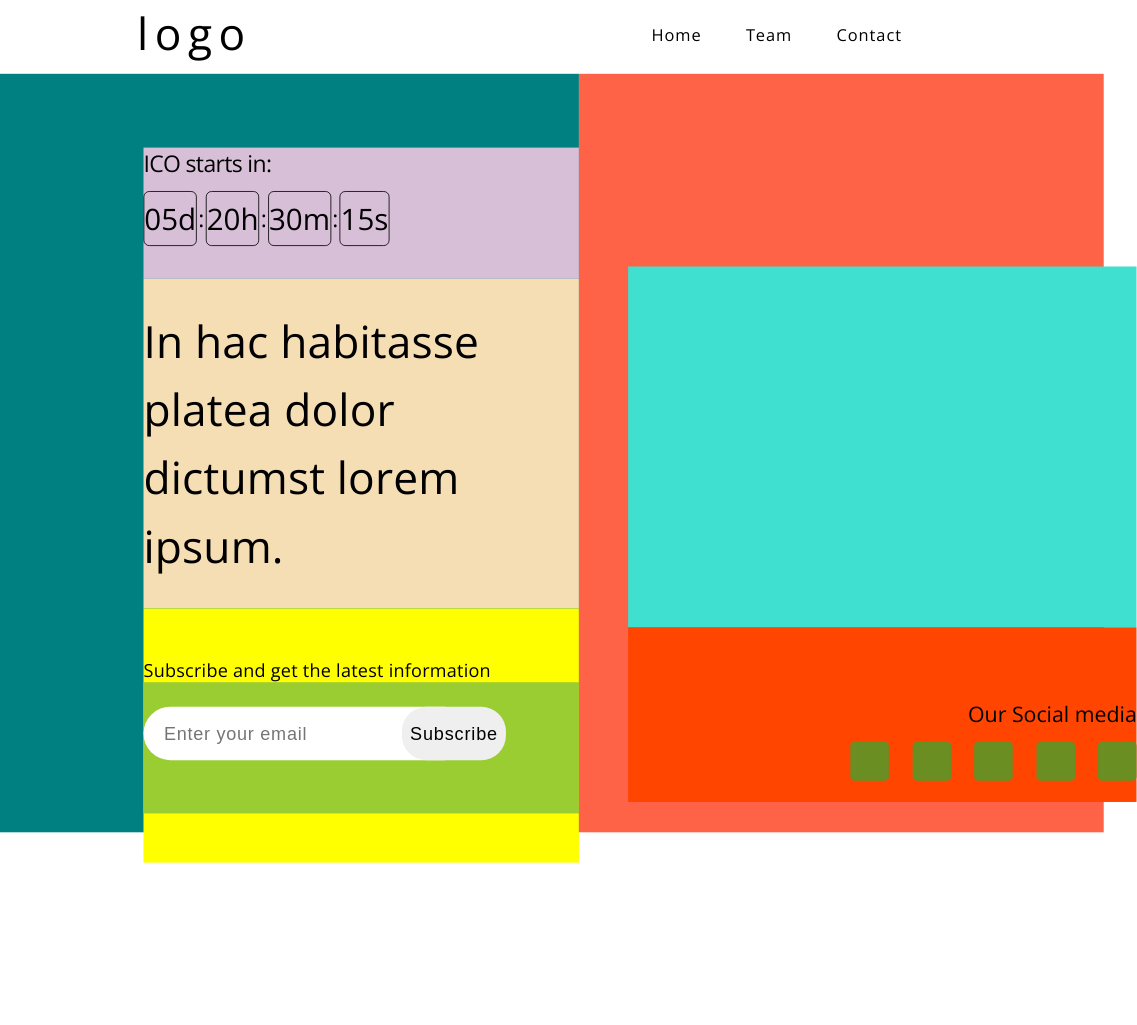
Repository: McGregorSt/newOne
Page: index.html
These files come from the project's save history. The page is drawn as it stood at one moment and after the next save; the edit follows.
The browser window is 1280 px wide. The page is 1386 px wide, so the pictures cover 1386 px, including what lies to the right of the window. The pictures show the whole page, at 82% of full size.

Above is the page before, as saved 2019-12-13 19:24:32.

After the next save:
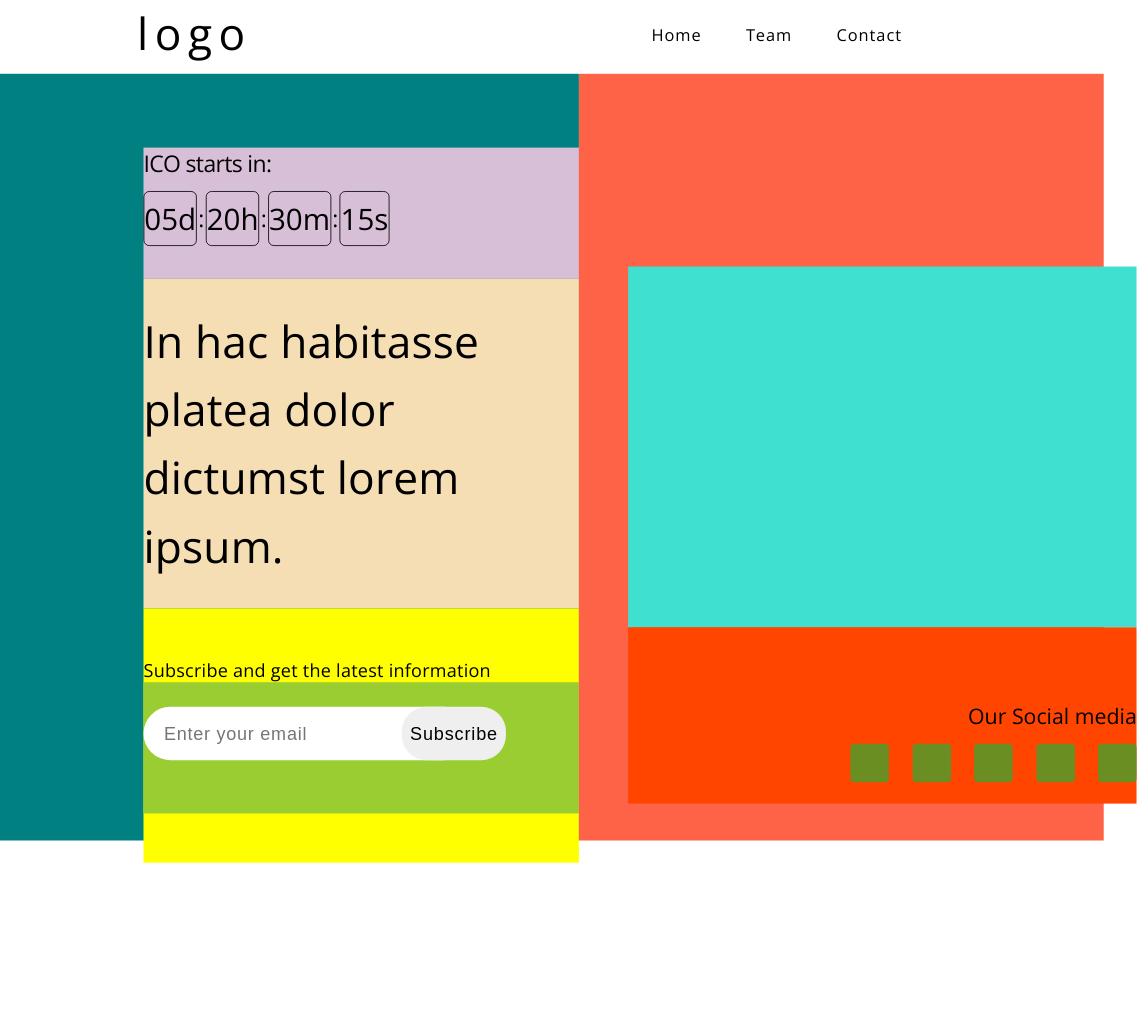
Saved 9 s later.
--- a/css/style.css
+++ b/css/style.css
@@ -36,7 +36,7 @@ body {
 
 /* section main */
 .main {
-  height: 925px;
+  height: 935px;
   display: flex;
 }
 .subs {
